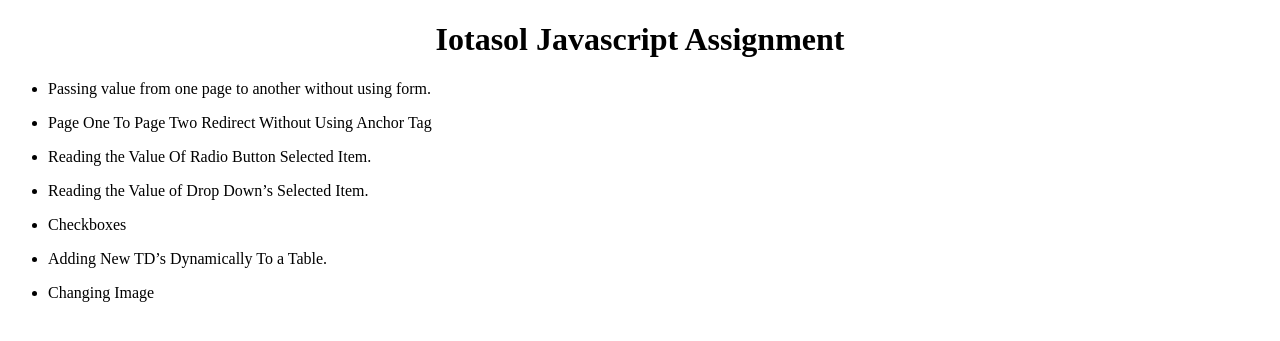
Repository: ishanbassi/iotasol-assignments
Page: /
The author's editor kept a copy of each file at every save. The page is drawn from the files as they stood at one save, then again after the next save.
The browser window is 1280 px wide. The pictures show the whole page.
The project was rebuilt for these pictures with package versions that can differ from the ones it lists, and the page was loaded fresh each time. The framework's server and built-in components were replaced by stand-ins that run in the browser.

Above is the page before, as saved 2022-11-07 14:08:01.

### pages/index.tsx
import styles from '../styles/home.module.css'
export default function Home() {
  return(
    <>
      <header className={styles.header}>
        <h1>Iotasol Javascript Assignment</h1>
      </header>

      <ul className={styles.taskList}>
        <li>
          <a>Passing value from one page to another without using form.</a>
        </li>
        <li>
          <a>Page One To Page Two Redirect Without Using Anchor Tag</a>
        </li>
        <li>
          <a>Reading the Value Of Radio Button Selected Item.</a>
        </li>
        <li>
          <a>Reading the Value of Drop Down’s Selected Item.</a>
        </li>
        <li>
          <a>Checkboxes</a>
        </li>
        <li>
          <a>Adding New TD’s Dynamically To a Table.</a>
        </li>
        <li>
          <a>Changing Image</a>
        </li>
      </ul>
    </>

  )
}

### styles/Home.module.css
.header{
    text-align: center;
}
.taskList>li{
    padding-bottom:1em;
}

After the next save:
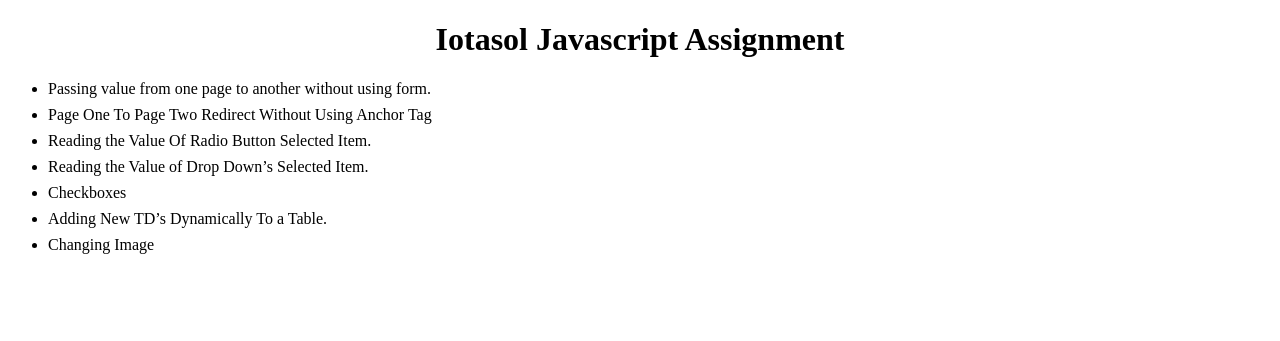
Saved 10 s later.
--- a/styles/Home.module.css
+++ b/styles/Home.module.css
@@ -2,5 +2,5 @@
     text-align: center;
 }
 .taskList>li{
-    padding-bottom:1em;
+    padding-bottom:.5em;
 }
